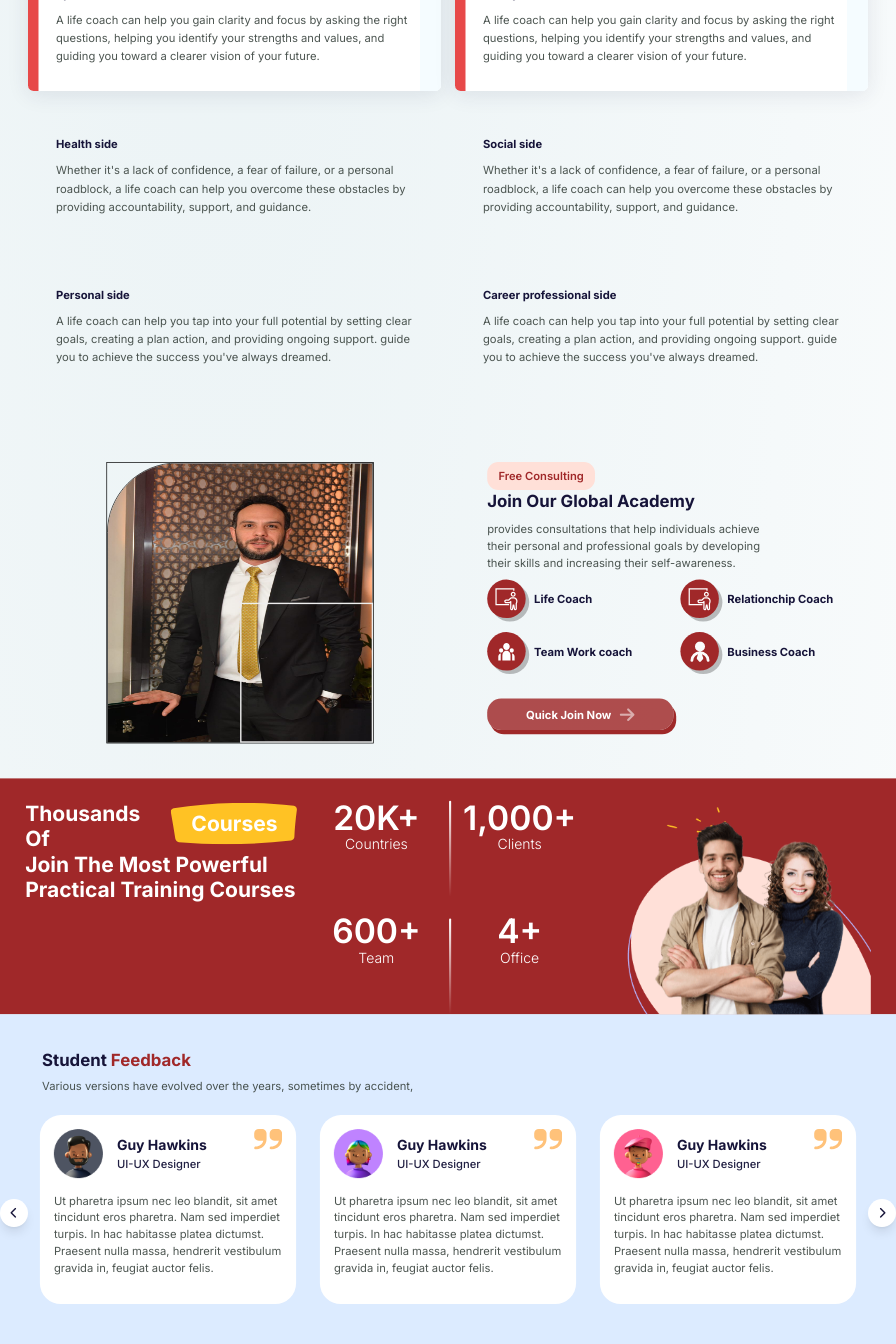
Repository: OmarAhmedEl-hanafy/OT_FRONT
Page: /
An editor plug-in stored every save of this project. The page is shown before and after the next save, followed by the edit.
The browser window is 1280 px wide. The pictures show the part of the page from y = 2000 to 3920 px (the page is 5579 px tall), at 70% of full size.
The page's requests for data from a server got no answer. The project was rebuilt for these pictures with package versions that can differ from the ones it lists, and the page was loaded fresh each time. No one was signed in, and anything a server would have sent is missing. Also part of the build but not shown: vite.config.ts, src/components/Legout/Legout.tsx, src/pages/AboutUs/AboutUs.css, src/pages/AboutUs/Section2.tsx, src/pages/AboutUs/Section3.tsx, src/pages/AboutUs/Section4.css, src/pages/AboutUs/Section4.tsx, src/pages/AboutUs/AboutUs.tsx and 28 more. Imported but missing from the stored project, and not drawn on this page: src/assets/images/video-1.mp4, src/assets/images/video-2.mp4.

Above is the page before, as saved 2024-07-28 17:41:23.

After the next save:
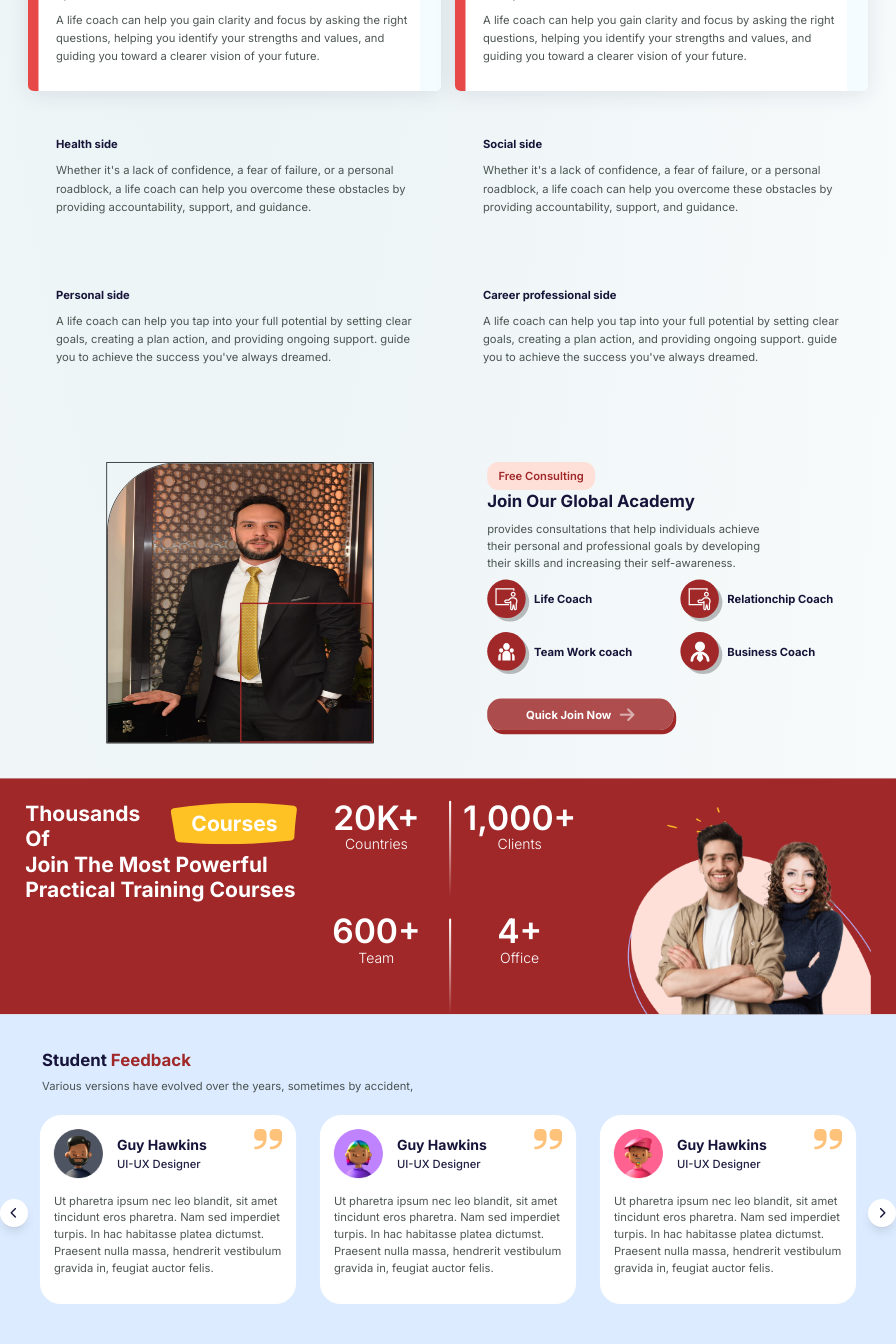
Saved 32 s later.
--- a/src/components/HomeComponents/FreeConsulting.tsx
+++ b/src/components/HomeComponents/FreeConsulting.tsx
@@ -124,7 +124,7 @@ function FreeConsulting() {
                 alt="Consulting"
               />
 
-              <div className="absolute bottom-0 right-0 h-1/2 w-1/2 text-main-color border-2"></div>
+              <div className="absolute bottom-0 right-0 h-1/2 w-1/2 border-2 border-main-color"></div>
             </div>
           </div>
 
